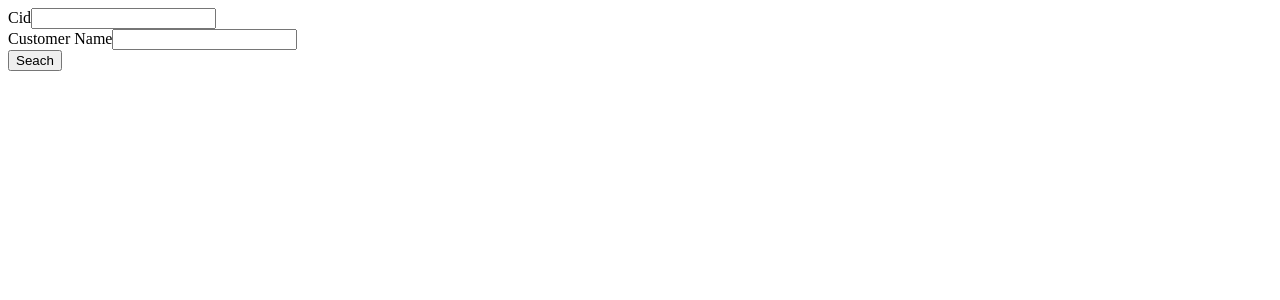
Repository: Mahesh2114/Project
Page: http://localhost/bms/search.jsp
These files come from the project's save history. The page is drawn as it stood at one moment and after the next save; the edit follows.
The browser window is 1280 px wide. The pictures show the whole page.
The page is served by Tomcat 9.

Above is the page before, as saved 2021-12-05 14:21:10.

After the next save:
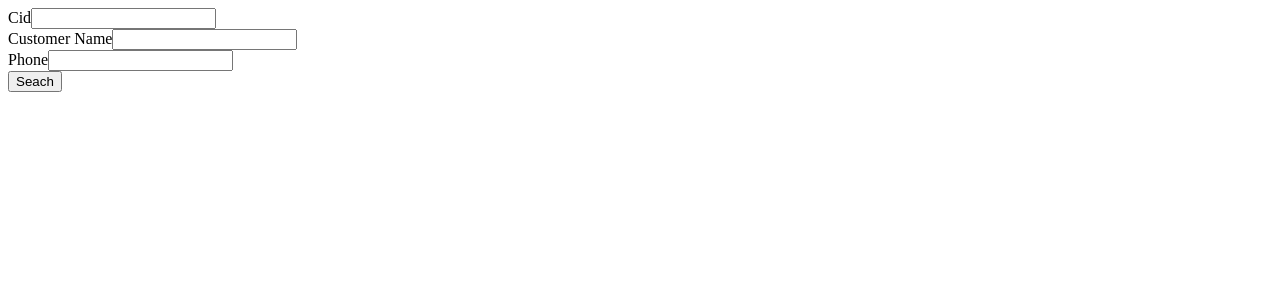
Saved 75 s later.
--- a/Project1/bms/src/main/webapp/search.jsp
+++ b/Project1/bms/src/main/webapp/search.jsp
@@ -15,6 +15,9 @@
 			<label>Customer Name</label><input type="text" name="name">
 		</div>
 		<div>
+		   <label>Phone</label><input type="text" name="phone">
+		</div>
+		<div>
 			<button type="submit">Seach</button>
 		</div>
 </form>
